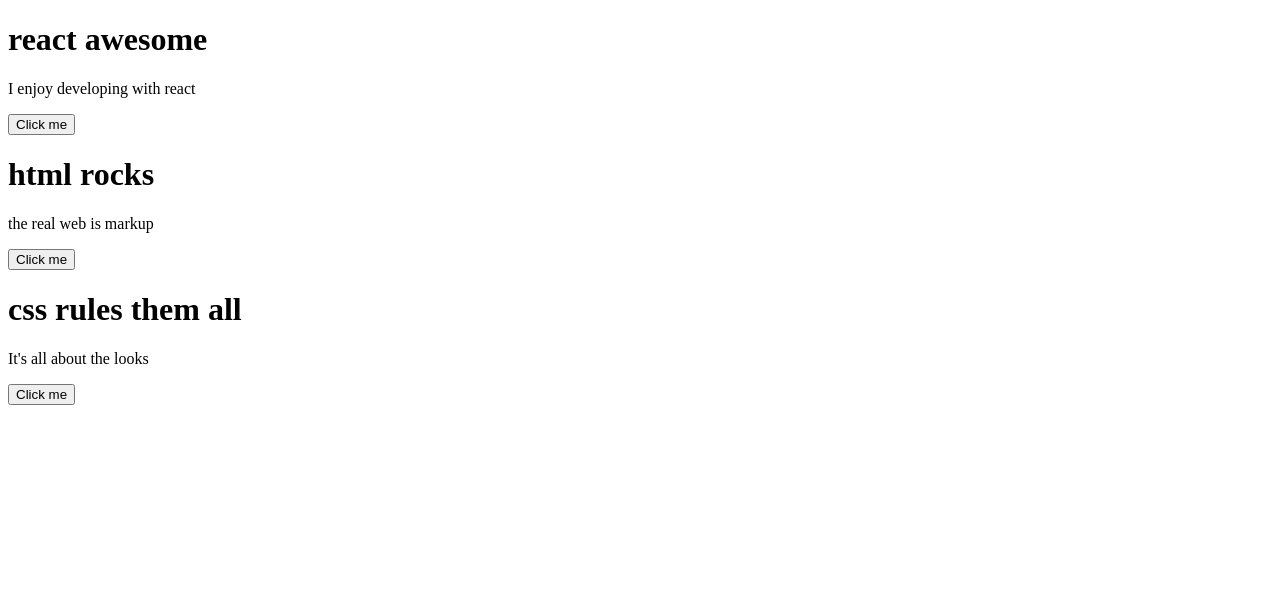
Repository: ubin-0527/D3-F-week1
Page: /
These files come from the project's save history. The page is drawn as it stood at one moment and after the next save; the edit follows.
The browser window is 1280 px wide. The pictures show the whole page.
The project was rebuilt for these pictures with package versions that can differ from the ones it lists, and the page was loaded fresh each time. Also part of the build but not shown: vite.config.js.

Above is the page before, as saved 2025-09-08 16:00:25.

After the next save:
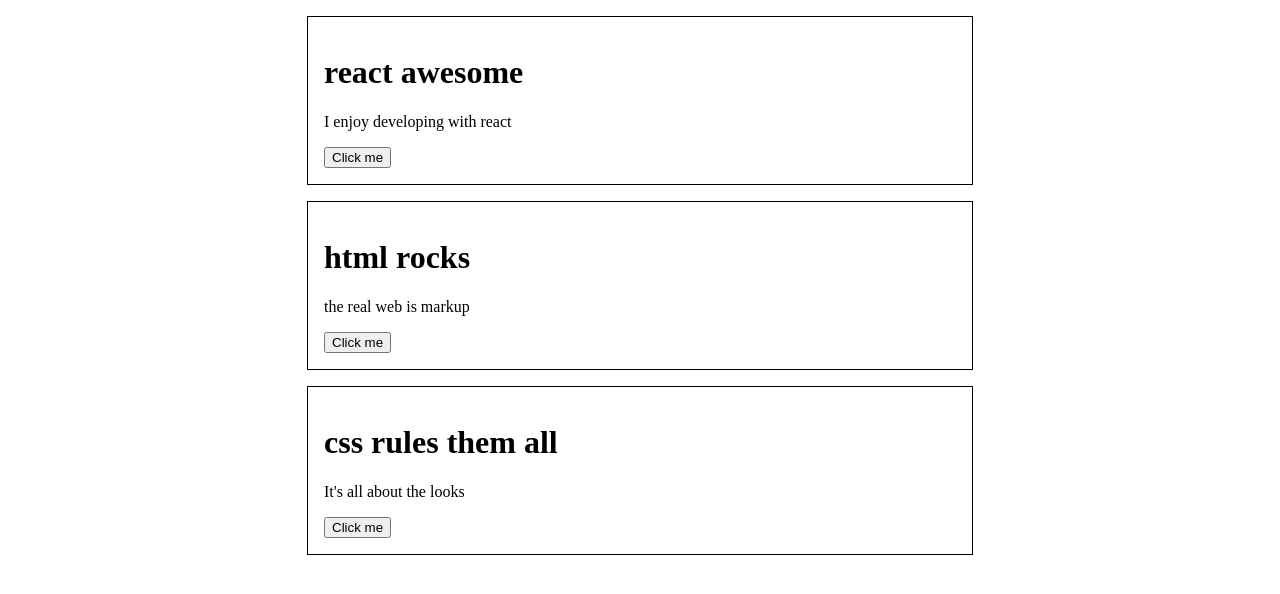
Saved 116 s later.
--- a/src/App.jsx
+++ b/src/App.jsx
@@ -16,7 +16,7 @@
 
 function Excerpt(props) {
     return (
-        <div>
+        <div className="excerpt">
             <h1>{props.title}</h1>
             <p>{props.body}</p>
             <button>Click me</button>
